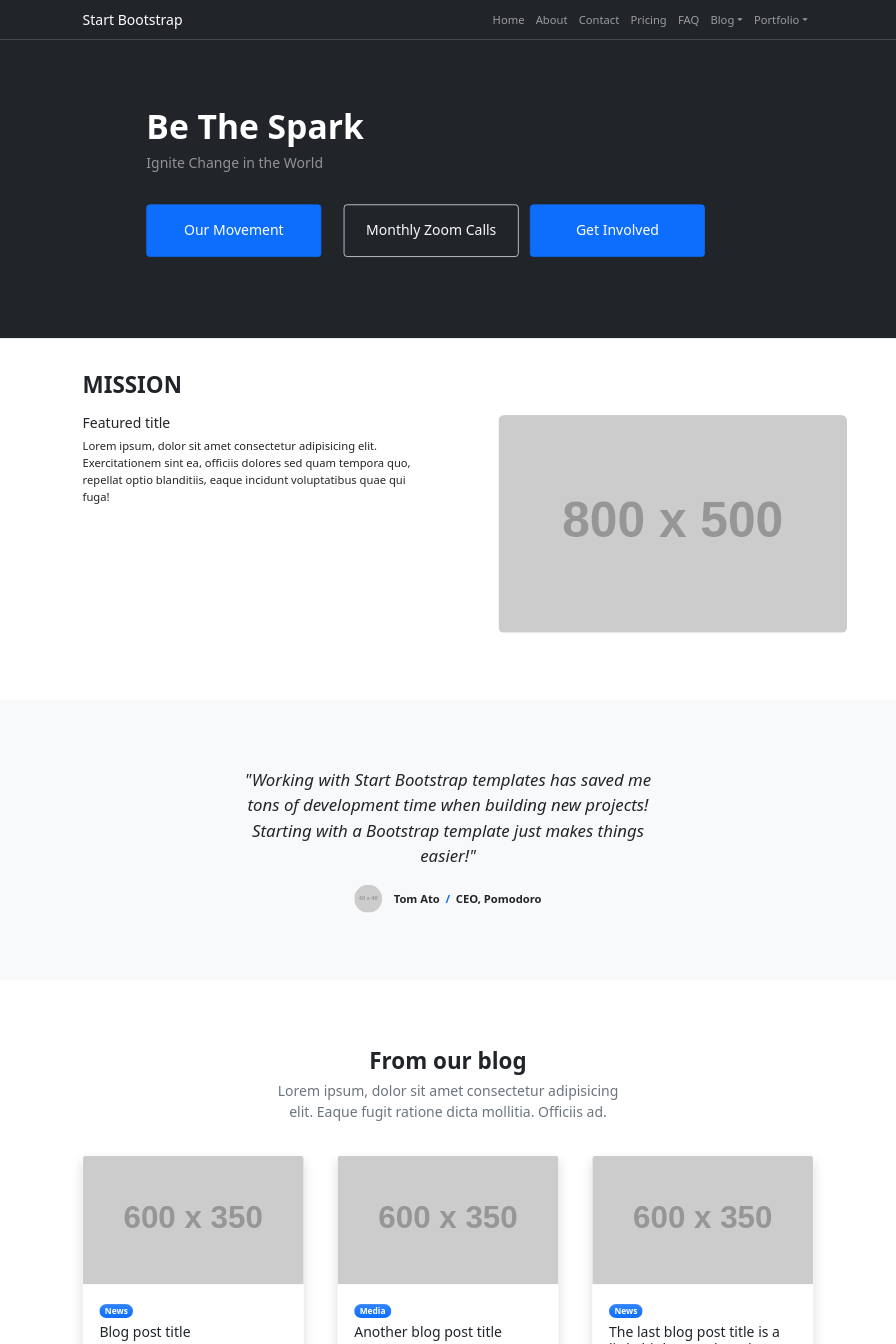
Repository: DragonFruit8/BeTheSpark
Page: index.html
The author's editor kept a copy of each file at every save. The page is drawn from the files as they stood at one save, then again after the next save.
The browser window is 1280 px wide. The pictures show the part of the page from y = 0 to 1920 px (the page is 2568 px tall), at 70% of full size.

Above is the page before, as saved 2024-01-14 07:58:38.

### index.html
<!DOCTYPE html>
<html lang="en">
    <head>
        <meta charset="utf-8" />
        <meta name="viewport" content="width=device-width, initial-scale=1, shrink-to-fit=no" />
        <meta name="description" content="" />
        <meta name="author" content="" />
        <title>Modern Business - Start Bootstrap Template</title>
        <!-- Favicon-->
        <link rel="icon" type="image/x-icon" href="assets/favicon.ico" />
        <!-- Bootstrap icons-->
        <link href="https://cdn.jsdelivr.net/npm/bootstrap-icons@1.5.0/font/bootstrap-icons.css" rel="stylesheet" />
        <!-- Core theme CSS (includes Bootstrap)-->
        <link href="css/styles.css" rel="stylesheet" />
        <link href="css/home.css" rel="stylesheet" />
    </head>
    <body class="d-flex flex-column h-100">
        <main class="flex-shrink-0">
            <!-- Navigation-->
            <nav class="navbar navbar-expand-lg navbar-dark bg-dark">
                <div class="container px-5">
                    <a class="navbar-brand" href="index.html">Start Bootstrap</a>
                    <button class="navbar-toggler" type="button" data-bs-toggle="collapse" data-bs-target="#navbarSupportedContent" aria-controls="navbarSupportedContent" aria-expanded="false" aria-label="Toggle navigation"><span class="navbar-toggler-icon"></span></button>
                    <div class="collapse navbar-collapse" id="navbarSupportedContent">
                        <ul class="navbar-nav ms-auto mb-2 mb-lg-0">
                            <li class="nav-item"><a class="nav-link" href="index.html">Home</a></li>
                            <li class="nav-item"><a class="nav-link" href="about.html">About</a></li>
                            <li class="nav-item"><a class="nav-link" href="contact.html">Contact</a></li>
                            <li class="nav-item"><a class="nav-link" href="pricing.html">Pricing</a></li>
                            <li class="nav-item"><a class="nav-link" href="faq.html">FAQ</a></li>
                            <li class="nav-item dropdown">
                                <a class="nav-link dropdown-toggle" id="navbarDropdownBlog" href="#" role="button" data-bs-toggle="dropdown" aria-expanded="false">Blog</a>
                                <ul class="dropdown-menu dropdown-menu-end" aria-labelledby="navbarDropdownBlog">
                                    <li><a class="dropdown-item" href="blog-home.html">Blog Home</a></li>
                                    <li><a class="dropdown-item" href="blog-post.html">Blog Post</a></li>
                                </ul>
                            </li>
                            <li class="nav-item dropdown">
                                <a class="nav-link dropdown-toggle" id="navbarDropdownPortfolio" href="#" role="button" data-bs-toggle="dropdown" aria-expanded="false">Portfolio</a>
                                <ul class="dropdown-menu dropdown-menu-end" aria-labelledby="navbarDropdownPortfolio">
                                    <li><a class="dropdown-item" href="portfolio-overview.html">Portfolio Overview</a></li>
                                    <li><a class="dropdown-item" href="portfolio-item.html">Portfolio Item</a></li>
                                </ul>
                            </li>
                        </ul>
                    </div>
                </div>
            </nav>
            <!-- Header-->
            <header class="bg-dark py-5">
                <div class="container px-5">
                    <div class="row gx-5 align-items-center justify-content-center">
                        <div class="col-lg-8 col-xl-10 col-xxl-12">
                            <div class="my-5 text-center text-xl-start">
                                <h1 class="display-5 fw-bolder text-white mb-2">Be The Spark</h1>
                                <p class="lead fw-normal text-white-50 mb-4">Ignite Change in the World</p>
                                <div id="CTA" class="d-grid gap-3 d-sm-flex justify-content-sm-center justify-content-xl-start">
                                    <a id="introCard" class="btn btn-primary btn-lg px-4 me-sm-3" href="#features">Our Movement</a>
                                    <a id="introCard" class="btn btn-outline-light btn-lg px-4" href="#!">Monthly Zoom Calls</a>
                                    <a id="introCard" class="btn btn-primary btn-lg px-4 me-sm-3" href="#features">Get Involved </a>
                                </div>
                            </div>
                        </div>
                        <!-- <div class="col-xl-5 col-xxl-6 d-none d-xl-block text-center"><img class="img-fluid rounded-3 my-5" src="https://dummyimage.com/600x400/343a40/6c757d" alt="..." /></div> -->
                    </div>
                </div>
            </header>
            <!-- Features section-->
            <section class="" id="features">
                <div class="container px-5 my-5">
                    <div class="row gx-5">
                        <div class="col-lg-4 mb-5 mb-lg-0"><h2 class="fw-bolder mb-4">MISSION</h2></div>
                        <div class="row-lg-8">
                            <div class="row gx-5 row-cols-1 row-cols-md-2">
                                <div class="col mb-5 h-100">
                                    <!-- <div class="feature bg-primary bg-gradient text-white rounded-3 mb-3">
                                        <i class="bi bi-collection"></i>
                                    </div> -->
                                    <h2 class="h5">Featured title</h2>
                                    <p class="mb-0">Lorem ipsum, dolor sit amet consectetur adipisicing elit. Exercitationem sint ea, officiis dolores sed quam tempora quo, repellat optio blanditiis, eaque incidunt voluptatibus quae qui fuga!</p>
                                </div>
                                <!-- Photo on the right side -->
                                <div class="col-10 mb-5 h-50 w-50">
                                    <img class="img-fluid rounded-3 mx-5" src="https://dummyimage.com/800x500/343a40/6c757d" alt="..." />
                            </div>
                        </div>
                    </div>
                </div>
            </section>
            <!-- Testimonial section-->
            <div class="py-5 bg-light">
                <div class="container px-5 my-5">
                    <div class="row gx-5 justify-content-center">
                        <div class="col-lg-10 col-xl-7">
                            <div class="text-center">
                                <div class="fs-4 mb-4 fst-italic">"Working with Start Bootstrap templates has saved me tons of development time when building new projects! Starting with a Bootstrap template just makes things easier!"</div>
                                <div class="d-flex align-items-center justify-content-center">
                                    <img class="rounded-circle me-3" src="https://dummyimage.com/40x40/ced4da/6c757d" alt="..." />
                                    <div class="fw-bold">
                                        Tom Ato
                                        <span class="fw-bold text-primary mx-1">/</span>
                                        CEO, Pomodoro
                                    </div>
                                </div>
                            </div>
                        </div>
                    </div>
                </div>
            </div>
            <!-- Blog preview section-->
            <section class="py-5">
                <div class="container px-5 my-5">
                    <div class="row gx-5 justify-content-center">
                        <div class="col-lg-8 col-xl-6">
                            <div class="text-center">
                                <h2 class="fw-bolder">From our blog</h2>
                                <p class="lead fw-normal text-muted mb-5">Lorem ipsum, dolor sit amet consectetur adipisicing elit. Eaque fugit ratione dicta mollitia. Officiis ad.</p>
                            </div>
                        </div>
                    </div>
                    <div class="row gx-5">
                        <div class="col-lg-4 mb-5">
                            <div class="card h-100 shadow border-0">
                                <img class="card-img-top" src="https://dummyimage.com/600x350/ced4da/6c757d" alt="..." />
                                <div class="card-body p-4">
                                    <div class="badge bg-primary bg-gradient rounded-pill mb-2">News</div>
                                    <a class="text-decoration-none link-dark stretched-link" href="#!"><h5 class="card-title mb-3">Blog post title</h5></a>
                                    <p class="card-text mb-0">Some quick example text to build on the card title and make up the bulk of the card's content.</p>
                                </div>
                                <div class="card-footer p-4 pt-0 bg-transparent border-top-0">
                                    <div class="d-flex align-items-end justify-content-between">
                                        <div class="d-flex align-items-center">
                                            <img class="rounded-circle me-3" src="https://dummyimage.com/40x40/ced4da/6c757d" alt="..." />
                                            <div class="small">
                                                <div class="fw-bold">Kelly Rowan</div>
                                                <div class="text-muted">March 12, 2023 &middot; 6 min read</div>
                                            </div>
                                        </div>
                                    </div>
                                </div>
                            </div>
                        </div>
                        <div class="col-lg-4 mb-5">
                            <div class="card h-100 shadow border-0">
                                <img class="card-img-top" src="https://dummyimage.com/600x350/adb5bd/495057" alt="..." />
                                <div class="card-body p-4">
                                    <div class="badge bg-primary bg-gradient rounded-pill mb-2">Media</div>
                                    <a class="text-decoration-none link-dark stretched-link" href="#!"><h5 class="card-title mb-3">Another blog post title</h5></a>
                                    <p class="card-text mb-0">This text is a bit longer to illustrate the adaptive height of each card. Some quick example text to build on the card title and make up the bulk of the card's content.</p>
                                </div>
                                <div class="card-footer p-4 pt-0 bg-transparent border-top-0">
                                    <div class="d-flex align-items-end justify-content-between">
                                        <div class="d-flex align-items-center">
                                            <img class="rounded-circle me-3" src="https://dummyimage.com/40x40/ced4da/6c757d" alt="..." />
                                            <div class="small">
                                                <div class="fw-bold">Josiah Barclay</div>
                                                <div class="text-muted">March 23, 2023 &middot; 4 min read</div>
                                            </div>
                                        </div>
                                    </div>
                                </div>
                            </div>
                        </div>
                        <div class="col-lg-4 mb-5">
                            <div class="card h-100 shadow border-0">
                                <img class="card-img-top" src="https://dummyimage.com/600x350/6c757d/343a40" alt="..." />
                                <div class="card-body p-4">
                                    <div class="badge bg-primary bg-gradient rounded-pill mb-2">News</div>
                                    <a class="text-decoration-none link-dark stretched-link" href="#!"><h5 class="card-title mb-3">The last blog post title is a little bit longer than the others</h5></a>
                                    <p class="card-text mb-0">Some more quick example text to build on the card title and make up the bulk of the card's content.</p>
                                </div>
                                <div class="card-footer p-4 pt-0 bg-transparent border-top-0">
                                    <div class="d-flex align-items-end justify-content-between">
                                        <div class="d-flex align-items-center">
                                            <img class="rounded-circle me-3" src="https://dummyimage.com/40x40/ced4da/6c757d" alt="..." />
                                            <div class="small">
                                                <div class="fw-bold">Evelyn Martinez</div>
                                                <div class="text-muted">April 2, 2023 &middot; 10 min read</div>
                                            </div>
                                        </div>
                                    </div>
                                </div>
                            </div>
                        </div>
                    </div>
                    <!-- Call to action-->
                    <aside class="bg-primary bg-gradient rounded-3 p-4 p-sm-5 mt-5">
                        <div class="d-flex align-items-center justify-content-between flex-column flex-xl-row text-center text-xl-start">
                            <div class="mb-4 mb-xl-0">
                                <div class="fs-3 fw-bold text-white">New products, delivered to you.</div>
                                <div class="text-white-50">Sign up for our newsletter for the latest updates.</div>
                            </div>
                            <div class="ms-xl-4">
                                <div class="input-group mb-2">
                                    <input class="form-control" type="text" placeholder="Email address..." aria-label="Email address..." aria-describedby="button-newsletter" />
                                    <button class="btn btn-outline-light" id="button-newsletter" type="button">Sign up</button>
                                </div>
                                <div class="small text-white-50">We care about privacy, and will never share your data.</div>
                            </div>
                        </div>
                    </aside>
                </div>
            </section>
        </main>
        <!-- Footer-->
        <footer class="bg-dark py-4 mt-auto">
            <div class="container px-5">
                <div class="row align-items-center justify-content-between flex-column flex-sm-row">
                    <div class="col-auto"><div class="small m-0 text-white">Copyright &copy; Your Website 2023</div></div>
                    <div class="col-auto">
                        <a class="link-light small" href="#!">Privacy</a>
                        <span class="text-white mx-1">&middot;</span>
                        <a class="link-light small" href="#!">Terms</a>
                        <span class="text-white mx-1">&middot;</span>
                        <a class="link-light small" href="#!">Contact</a>
                    </div>
                </div>
            </div>
        </footer>
        <!-- Bootstrap core JS-->
        <script src="https://cdn.jsdelivr.net/npm/bootstrap@5.2.3/dist/js/bootstrap.bundle.min.js"></script>
        <!-- Core theme JS-->
        <script src="js/scripts.js"></script>
    </body>
</html>

### css/home.css

#CTA{
    justify-content: center;
}
#CTA a{
    display: flex;
    max-height: 600px;
    max-width: 300px;
    padding: 20px;
    margin-top: 20px;
    margin-bottom: 20px;
    border-radius: 5px;
}

#CTA #introCard{
    display: flex;
    flex-direction: column;
    justify-content: center;
    align-items: center;
    /* height: 200px; */
    margin-top: 20px;
    margin-bottom: 20px;
    padding: 20px;
    border-radius: 5px;
}

@media (min-width: 1080px) {
    #CTA > a{
        display: inline-flex;
        flex-direction: row;
        min-height:75px !important;
        min-width: 200px !important;
        padding: 20px;
        justify-content: center;
        border-radius: 5px;
    }

}

@media (max-width: 1080px) and (min-width: 648px) {
    #CTA a{
        display: inline-flex;
        flex-direction: row;
        max-height: 100px !important;
        max-width: fit-content !important;
        min-width: 250px !important;
        text-align: center;
        justify-content: center;
        border-radius: 5px;
    }
    #CTA {
        display: flex;
        flex-direction: column;
        flex-wrap: nowrap;
        justify-content: center;
        align-items: center;

    }
}

@media (min-width: 1080px) {
    #CTA a{
        display: inline-flex;
        flex-direction: row;
        max-height: 100px !important;
        max-width: fit-content !important;
        min-width: 250px !important;
        text-align: center;
        justify-content: center;
        border-radius: 5px;
    }
}

Loaded but not shown: css/styles.css (library); js/scripts.js (common file)

After the next save:
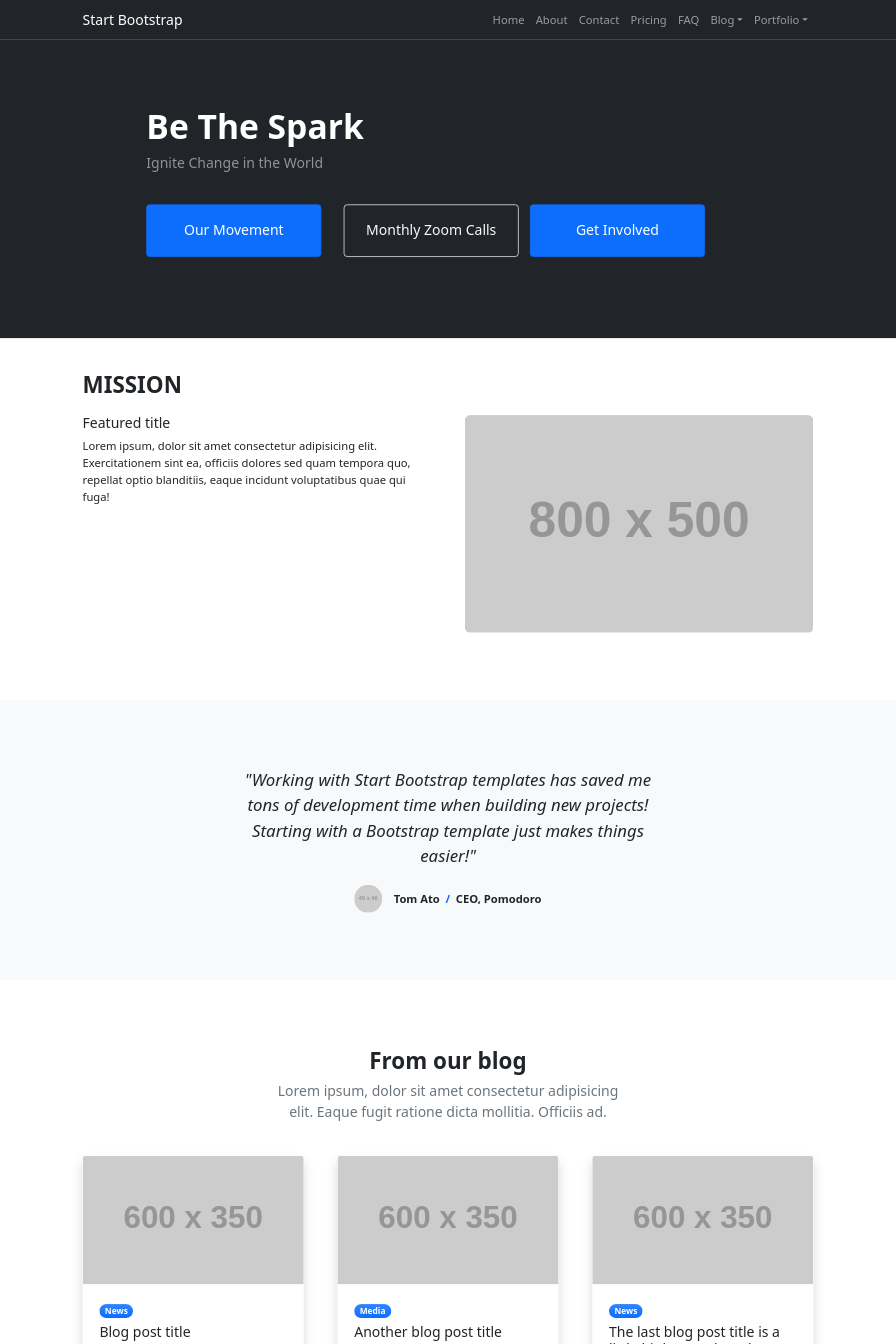
Saved 14 s later.
--- a/index.html
+++ b/index.html
@@ -81,7 +81,7 @@
                                 </div>
                                 <!-- Photo on the right side -->
                                 <div class="col-10 mb-5 h-50 w-50">
-                                    <img class="img-fluid rounded-3 mx-5" src="https://dummyimage.com/800x500/343a40/6c757d" alt="..." />
+                                    <img class="img-fluid rounded-3 mx-auto" src="https://dummyimage.com/800x500/343a40/6c757d" alt="..." />
                             </div>
                         </div>
                     </div>
